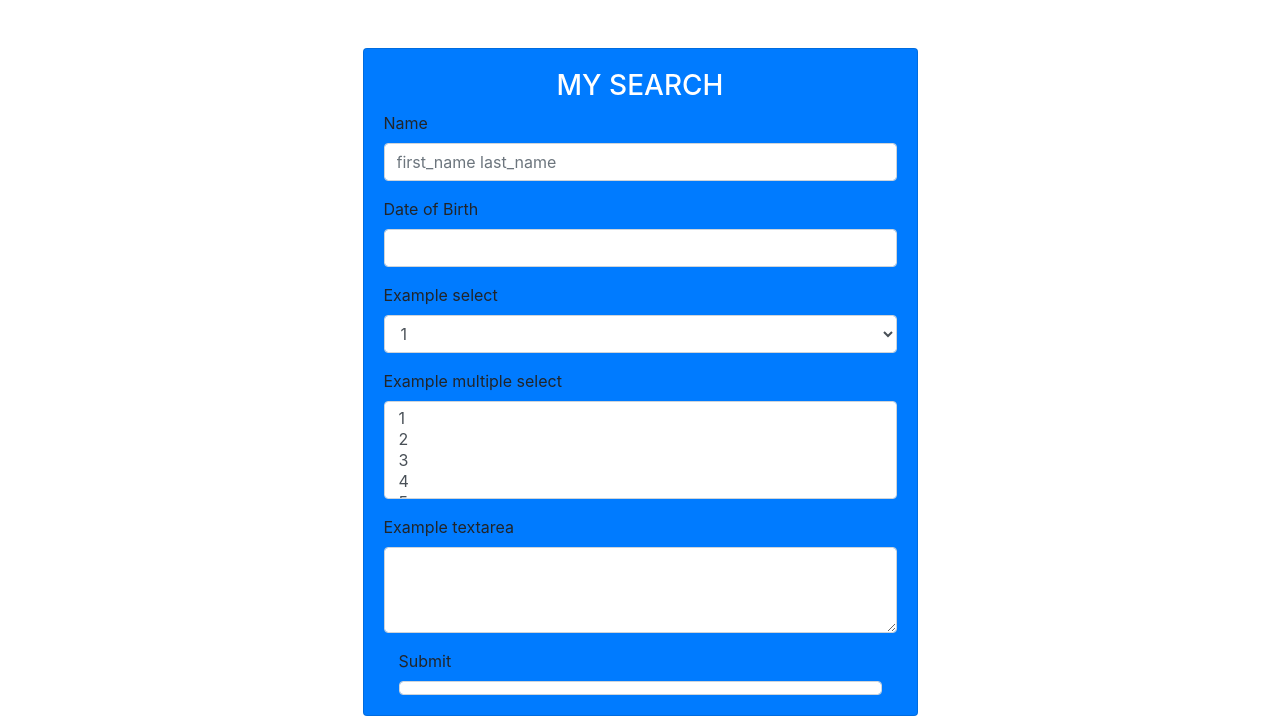
Repository: modinilesh/SpringMVC
Page: http://localhost/springmvcsearch/complex
These files come from the project's save history. The page is drawn as it stood at one moment and after the next save; the edit follows.
The browser window is 1280 px wide. The pictures show the whole page.
Some web libraries are served in a nearby version. The page is served by Tomcat 9. Other server files are loaded and not shown.

Above is the page before, as saved 2023-10-20 14:39:20.

### springmvcsearch/src/main/webapp/WEB-INF/spring-servlet.xml
<?xml version="1.0" encoding="UTF-8"?>
<beans xmlns="http://www.springframework.org/schema/beans"
	xmlns:xsi="http://www.w3.org/2001/XMLSchema-instance"
	xmlns:context="http://www.springframework.org/schema/context"
	xmlns:p="http://www.springframework.org/schema/p"
	xmlns:tx="http://www.springframework.org/schema/tx"
	xsi:schemaLocation="http://www.springframework.org/schema/beans
		http://www.springframework.org/schema/beans/spring-beans.xsd
		http://www.springframework.org/schema/context
		http://www.springframework.org/schema/context/spring-context.xsd
		http://www.springframework.org/schema/mvc
        http://www.springframework.org/schema/mvc/spring-mvc.xsd
        http://www.springframework.org/schema/tx
        http://www.springframework.org/schema/tx/spring-tx.xsd">


	<context:component-scan base-package="springmvcsearch" /> <!--it will activate all annotations used in each packages starting with
		springmvcsearch name -->

	<!--Step-3 : Configuring view Resolver -->

	<bean
		class="org.springframework.web.servlet.view.InternalResourceViewResolver"
		name="viewResolver">
		<property name="prefix" value="/WEB-INF/views/" />
		<property name="suffix" value=".jsp" />
	</bean>


</beans>

### springmvcsearch/src/main/webapp/WEB-INF/views/complex_form.jsp
<!doctype html>
<html lang="en">
<head>
<!-- Required meta tags -->
<meta charset="utf-8">
<meta name="viewport"
	content="width=device-width, initial-scale=1, shrink-to-fit=no">

<!-- Bootstrap CSS -->
<link rel="stylesheet"
	href="https://cdn.jsdelivr.net/npm/bootstrap@4.0.0/dist/css/bootstrap.min.css"
	integrity="sha384-Gn5384xqQ1aoWXA+058RXPxPg6fy4IWvTNh0E263XmFcJlSAwiGgFAW/dAiS6JXm"
	crossorigin="anonymous">

<title>Complex Form</title>
</head>
<body>

	<div class="container">

		<div class="card mx-auto mt-5 bg-primary" style="width: 50%">

			<div class="card-body">

				<h3 class="text-center text-white" style="text-transform: uppercase">My
					Search</h3>

				<form action="/success" method="post">
					<div class="form-group">
						<label for="exampleFormControlInput1">Name</label>
						<input
							type="text" class="form-control" id="exampleFormControlInput1"
							placeholder="first_name last_name" name="name">
					</div>

					<div class="form-group">
						<label for="dob">Date of Birth</label> <input type="text"
							name="date" class="form-control" id="dob" name="text" />
					</div>

					<div class="form-group">
						<label for="exampleFormControlSelect1">Example select</label> <select
							class="form-control" id="exampleFormControlSelect1"
							name="singleValue">
							<option>1</option>
							<option>2</option>
							<option>3</option>
							<option>4</option>
							<option>5</option>
						</select>
					</div>
					<div class="form-group">
						<label for="exampleFormControlSelect2">Example multiple
							select</label> <select multiple class="form-control"
							id="exampleFormControlSelect2" name="multiValue">
							<option>1</option>
							<option>2</option>
							<option>3</option>
							<option>4</option>
							<option>5</option>
						</select>
					</div>
					<div class="form-group">
						<label for="exampleFormControlTextarea1">Example textarea</label>
						<textarea class="form-control" id="exampleFormControlTextarea1"
							rows="3" name="text"></textarea>
					</div>

					<div class="container">
						<label for="btn text-center" >Submit</label>
						<button type="submit"
							name="submit" class="form-control" id="submit" ></button>
					</div>

				</form>

			</div>

		</div>

	</div>





	<!-- Optional JavaScript -->
	<!-- jQuery first, then Popper.js, then Bootstrap JS -->
	<script src="https://code.jquery.com/jquery-3.2.1.slim.min.js"
		integrity="sha384-KJ3o2DKtIkvYIK3UENzmM7KCkRr/rE9/Qpg6aAZGJwFDMVNA/GpGFF93hXpG5KkN"
		crossorigin="anonymous"></script>
	<script
		src="https://cdn.jsdelivr.net/npm/popper.js@1.12.9/dist/umd/popper.min.js"
		integrity="sha384-ApNbgh9B+Y1QKtv3Rn7W3mgPxhU9K/ScQsAP7hUibX39j7fakFPskvXusvfa0b4Q"
		crossorigin="anonymous"></script>
	<script
		src="https://cdn.jsdelivr.net/npm/bootstrap@4.0.0/dist/js/bootstrap.min.js"
		integrity="sha384-JZR6Spejh4U02d8jOt6vLEHfe/JQGiRRSQQxSfFWpi1MquVdAyjUar5+76PVCmYl"
		crossorigin="anonymous"></script>
</body>
</html>

### springmvcsearch/src/main/java/springmvcsearch/ComplexFormController.java
package springmvcsearch;

import org.springframework.stereotype.Controller;
import org.springframework.web.bind.annotation.RequestMapping;

@Controller
public class ComplexFormController {

	@RequestMapping("/complex")
	public String showForm() {

		return "complex_form";
	}

}

### springmvcsearch/src/main/java/springmvcsearch/SearchController.java
package springmvcsearch;

import org.springframework.stereotype.Controller;
import org.springframework.web.bind.annotation.RequestMapping;
import org.springframework.web.bind.annotation.RequestParam;
import org.springframework.web.servlet.view.RedirectView;

@Controller
public class SearchController {

	@RequestMapping("/home")
	public String home() {
		return "home";
	}

	@RequestMapping("/search")
	public RedirectView search(@RequestParam("querybox") String query) {
		String url = "https://www.google.com/search?q="+query;
		RedirectView redirectView = new RedirectView();
		redirectView.setUrl(url);
		return redirectView;
	}

}

After the next save:
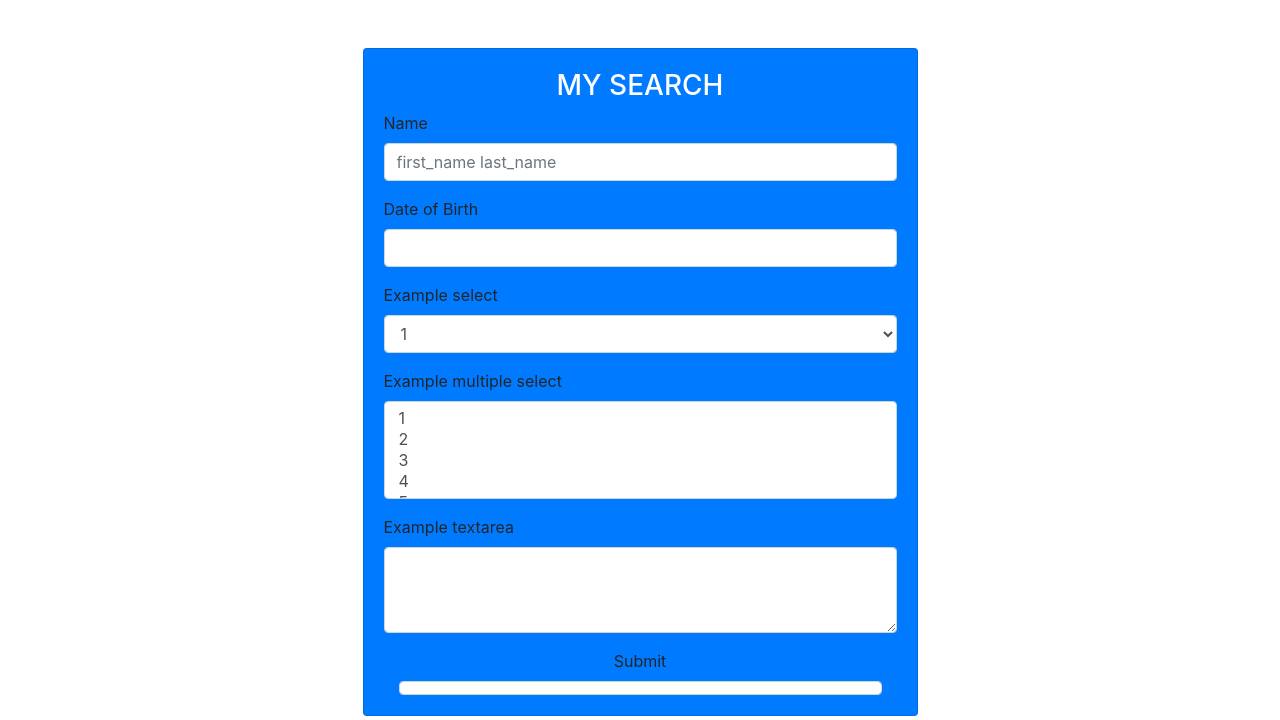
Saved 42 s later.
--- a/springmvcsearch/src/main/webapp/WEB-INF/views/complex_form.jsp
+++ b/springmvcsearch/src/main/webapp/WEB-INF/views/complex_form.jsp
@@ -66,8 +66,8 @@
 							rows="3" name="text"></textarea>
 					</div>
 
-					<div class="container">
-						<label for="btn text-center" >Submit</label>
+					<div class="container text-center">
+						<label for="btn" >Submit</label>
 						<button type="submit"
 							name="submit" class="form-control" id="submit" ></button>
 					</div>
